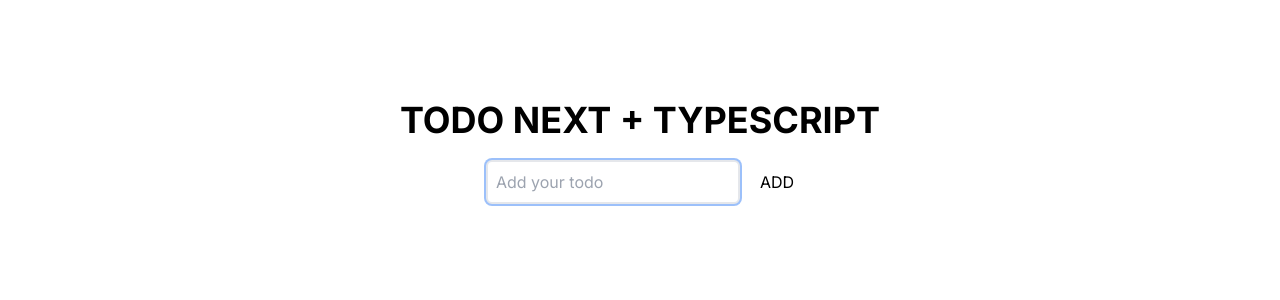
Repository: mehh000/next-ts-todo
Page: /
An editor plug-in stored every save of this project. The page is shown before and after the next save, followed by the edit.
The browser window is 1280 px wide. The pictures show the whole page.
The project was rebuilt for these pictures with package versions that can differ from the ones it lists, and the page was loaded fresh each time. The framework's server and built-in components were replaced by stand-ins that run in the browser. Also part of the build but not shown: next.config.mjs.

Above is the page before, as saved 2024-06-15 19:52:01.

### src/app/layout.tsx
import type { Metadata } from "next";
import { Inter } from "next/font/google";
import "./globals.css";
import { TodoProvider } from "./Context/store/add-todos";

const inter = Inter({ subsets: ["latin"] });

export const metadata: Metadata = {
  title: "Create Next App",
  description: "Generated by create next app",
};

export default function RootLayout({
  children,
}: Readonly<{
  children: React.ReactNode;
}>) {
  return (
    <html lang="en">
      <body className={inter.className}>
        <TodoProvider>{children}</TodoProvider>
      </body>
    </html>
  );
}

### src/app/page.tsx
import TODOS from "@/components/TODOS";
import AddTODO from "@/components/add-todo";
import React from "react";

const Page = () => {
  return (
    <main className="flex items-center flex-col mt-[100px] gap-5 " >
      <h2 className=" font-bold text-4xl  ">TODO NEXT + TYPESCRIPT</h2>
      <AddTODO />
      <TODOS />
    </main>
  );
};

export default Page;

### src/app/Context/store/add-todos.tsx
'use client'


import { ReactNode, createContext, useContext, useState } from "react";

export type Todo = {
  id: string;
  task: string;
  completed: boolean;
  createdAt: Date;
};

type TodosContextType = {
  todos: Todo[];
  handleAddTodo: (task: string) => void;
  toggleTodosCompleted: (id: string) => void;
  handleTodoClicke: (id: string) => void;
};

//i made the context now need tp make the Provider
export const todosContext = createContext<TodosContextType | undefined>(
  undefined
);

//this is the  provider

export const TodoProvider = ({children}: { children: ReactNode }) => {
  const [todos, setTodos] = useState<Todo[]>([]);

  const handleAddTodo = (task: string) => {
    const newTodo: Todo = {
      id: Math.random().toString(),
      task,
      completed: false,
      createdAt: new Date(),
    };
    setTodos((prevTodos) => [newTodo, ...prevTodos]);
  };


  const toggleTodosCompleted = (id: string) => {
    setTodos((prevTodos) =>
      prevTodos.map((todo) =>
        todo.id === id ? { ...todo, completed: !todo.completed } : todo
      )
    );
  };

  const handleTodoClicke = (id: string) => {
    setTodos((prevTodos) => prevTodos.filter((todo) => todo.id !== id));
  };

  return (
    <todosContext.Provider value={{
      todos,
     handleAddTodo,
     toggleTodosCompleted,
     handleTodoClicke,
      }}>
      {children}
    </todosContext.Provider>
  );
};
export const useTodoContext = () => useContext(todosContext)

### src/components/TODOS.tsx
"use client";

import React from "react";
import { useTodoContext } from "@/app/Context/store/add-todos";

const TODOS = () => {
  const { todos,toggleTodosCompleted,handleTodoClicke } = useTodoContext();
  const fltertodo = todos;

  return (
    <ul className="">
      {fltertodo.map((todo) => {
        return (
          <li className="" key={todo.id}>
            <input
              type="checkbox"
              name=""
              id={`todo-${todo.id}`}
              checked={todo.completed}
              onChange={() => toggleTodosCompleted(todo.id)}
            />
            <label htmlFor={`todo-${todo.id}`}>{todo.task}</label>
            {todo.completed && (
              <button type="button" onClick={() => handleTodoClicke(todo.id)}>
                Delete
              </button>
            )}
          </li>
        );
      })}
    </ul>
  );
};

export default TODOS;

### src/components/add-todo.tsx
// components/AddTODO.tsx

'use client';

import React, { useState } from "react";
import { useTodoContext } from "@/app/Context/store/add-todos"; // Adjust the path according to your project structure

const AddTODO: React.FC = () => {
  const { handleAddTodo } = useTodoContext();

  const [todo, setTodo] = useState<string>("");

  const handleSubmit = (e: React.FormEvent<HTMLFormElement>) => {
    e.preventDefault();
    handleAddTodo(todo);
    setTodo("");
  };

  return (
    <form onSubmit={handleSubmit} className="flex items-center gap-5">
      <input
        type="text"
        placeholder="Add your todo"
        className=" border-2 text-1xl p-2 ring-2 rounded-md w-  "
        value={todo}
        onChange={(event) => setTodo(event.target.value)}
      />
      <button type="submit" className="">
        ADD
      </button>
    </form>
  );
};

export default AddTODO;

Loaded but not shown: src/app/globals.css (common file); tailwind.config.ts (common file)

After the next save:
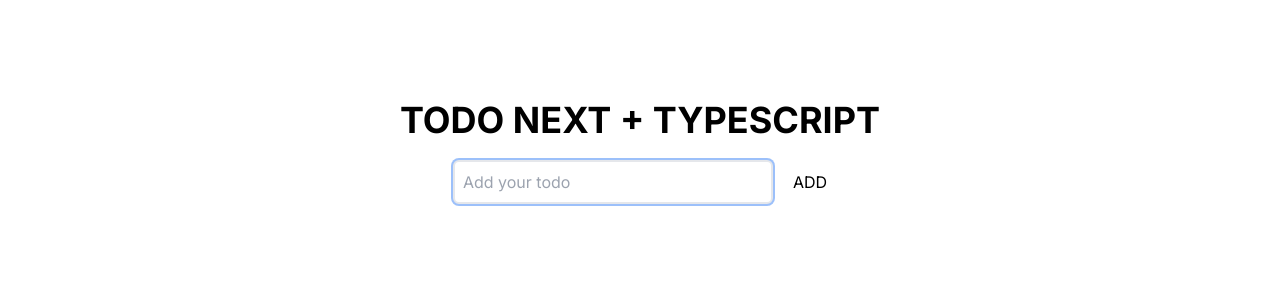
Saved 10 s later.
--- a/src/components/add-todo.tsx
+++ b/src/components/add-todo.tsx
@@ -21,7 +21,7 @@
       <input
         type="text"
         placeholder="Add your todo"
-        className=" border-2 text-1xl p-2 ring-2 rounded-md w-  "
+        className=" border-2 text-1xl p-2 ring-2 rounded-md w-80  "
         value={todo}
         onChange={(event) => setTodo(event.target.value)}
       />

After the 2 saves that followed:
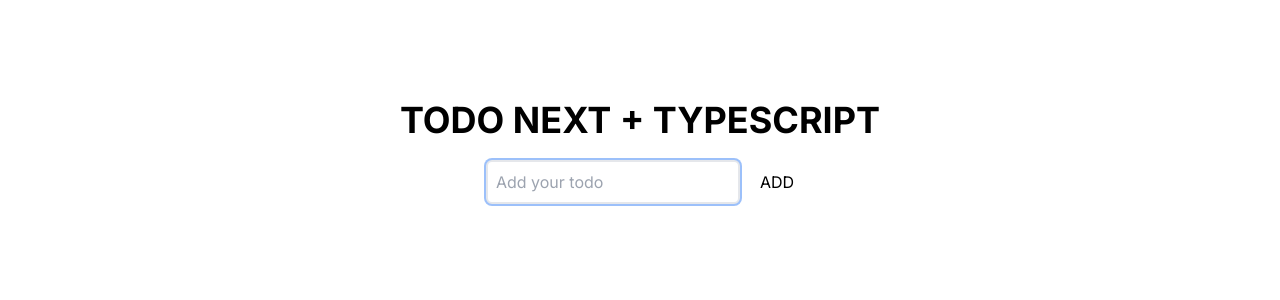
The 2 saves are shown as one change because they came seconds apart.
The last was saved 11 s later.
--- a/src/components/add-todo.tsx
+++ b/src/components/add-todo.tsx
@@ -21,7 +21,7 @@
       <input
         type="text"
         placeholder="Add your todo"
-        className=" border-2 text-1xl p-2 ring-2 rounded-md w-80  "
+        className=" border-2 text-1xl p-2 ring-2 rounded-md w-90  "
         value={todo}
         onChange={(event) => setTodo(event.target.value)}
       />
